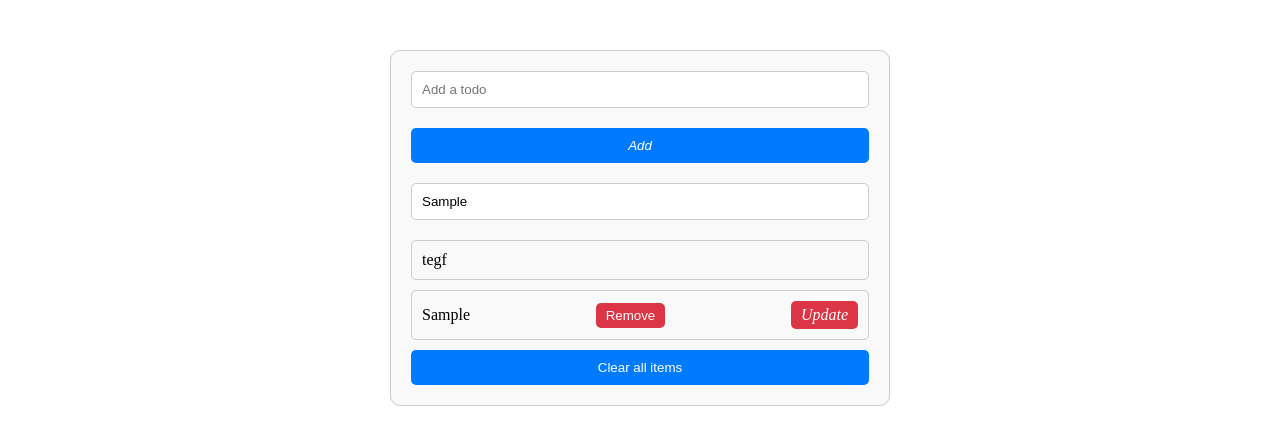
Repository: Fariadd/Vanilla-JS
Page: movieAPI/index.html
The author's editor kept a copy of each file at every save. The page is drawn from the files as they stood at one save, then again after the next save.
The browser window is 1280 px wide. The pictures show the whole page.
Empty fields were first filled with sample values (such as "Sample", 5 or name@example.com).
After loading, the first visible `form.form` was submitted once.

Above is the page before, as saved 2024-10-03 23:59:42.

After the next save:
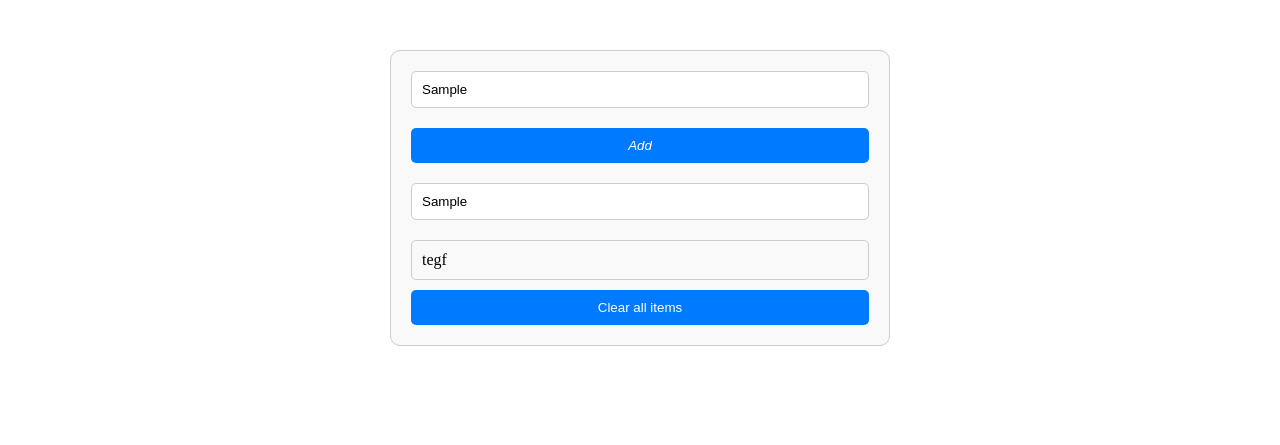
Saved 39 s later.
--- a/movieAPI/script.js
+++ b/movieAPI/script.js
@@ -22,8 +22,8 @@
   }
   if (isEidtMode) {
     setItemToEdit(inputValue);
-  }
-  if (existingItem(inputValue)) {
+  } else {
+    existingItem(inputValue);
     alert("Item already exists!");
     return;
   }

After the save that followed:
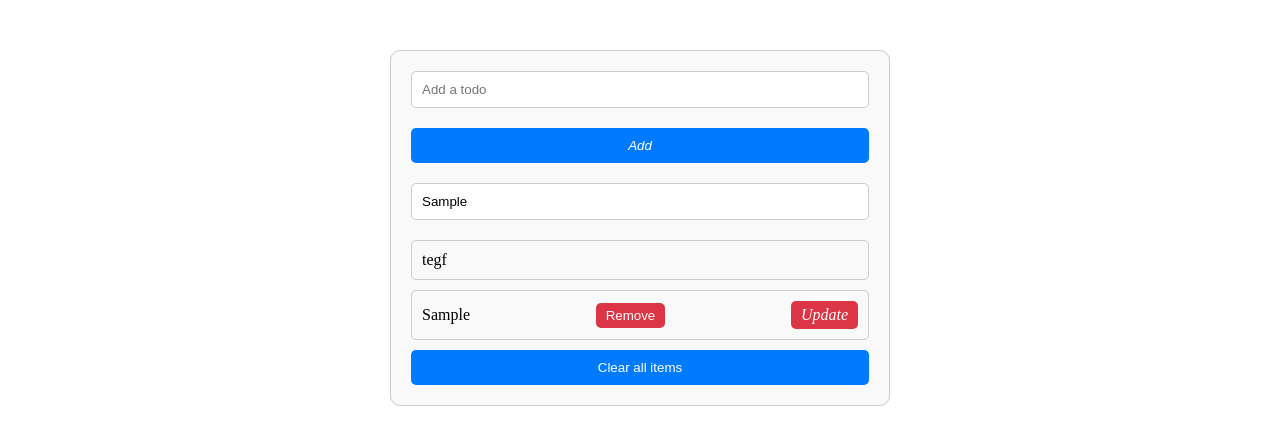
Saved 25 s later.
--- a/movieAPI/script.js
+++ b/movieAPI/script.js
@@ -22,8 +22,8 @@
   }
   if (isEidtMode) {
     setItemToEdit(inputValue);
-  } else {
-    existingItem(inputValue);
+  }
+  if (existingItem(inputValue)) {
     alert("Item already exists!");
     return;
   }
